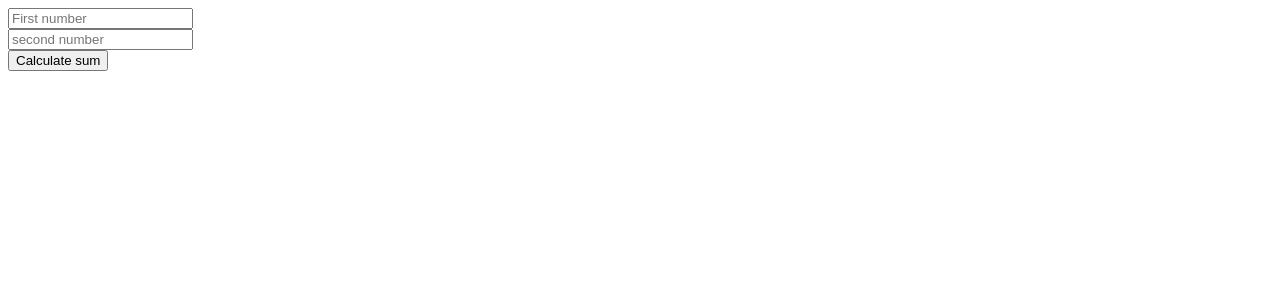
Repository: VISHALGUPTA100803/Harkirat_MERN
Page: Week 4/DOM_introduction/index.html
The author's editor kept a copy of each file at every save. The page is drawn from the files as they stood at one save, then again after the next save.
The browser window is 1280 px wide. The pictures show the whole page.

Above is the page before, as saved 2024-03-12 00:19:31.

After the next save:
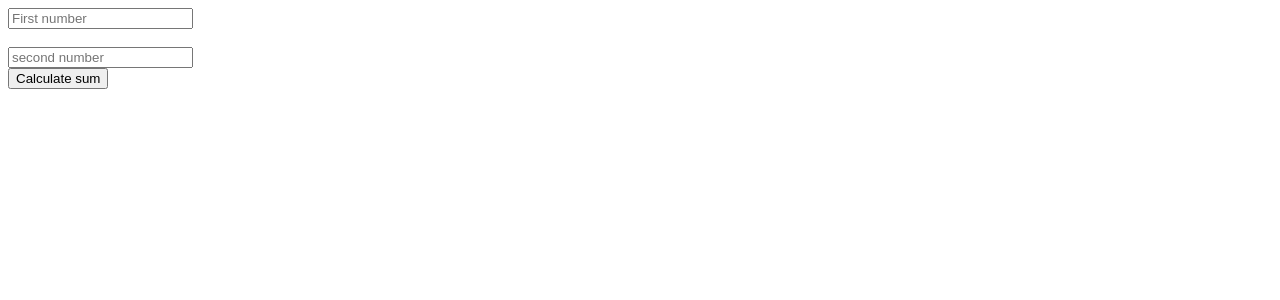
Saved 12 s later.
--- a/Week 4/DOM_introduction/index.html
+++ b/Week 4/DOM_introduction/index.html
@@ -1,6 +1,6 @@
 <html>
     <body>
-        <input type="text" placeholder="First number"></input> <br>
+        <input type="text" placeholder="First number"></input> <br> <br>
         <input type="text" placeholder="second number"></input> <br>
         <button> Calculate sum</button>
     </body>
